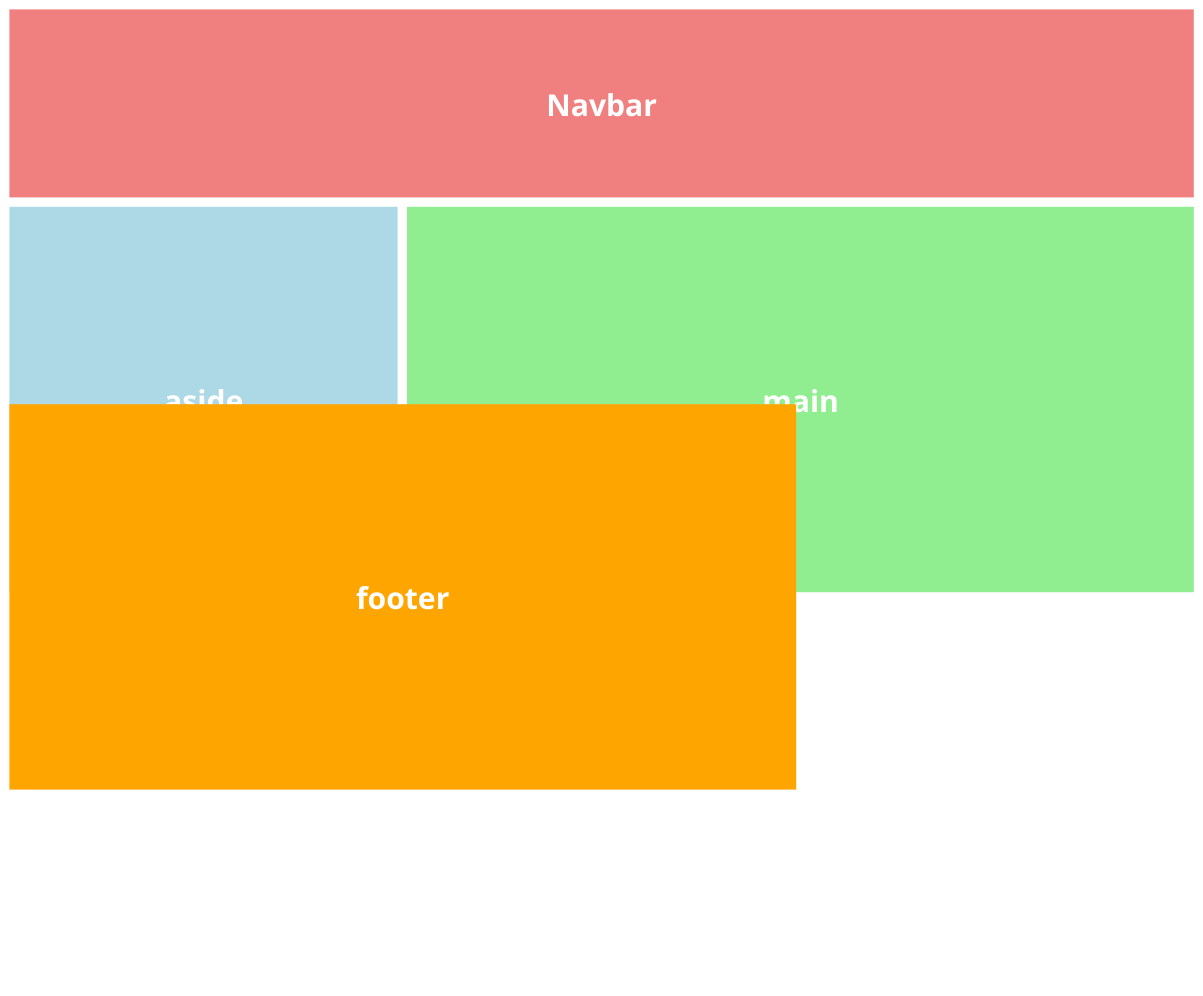
Repository: anjalipatel-dev/web-dev-learning-journey
Page: 05_hands_on_grid/index.html
These files come from the project's save history. The page is drawn as it stood at one moment and after the next save; the edit follows.
The browser window is 1280 px wide. The pictures show the whole page, at 94% of full size.

Above is the page before, as saved 2025-10-11 08:51:36.

After the next save:
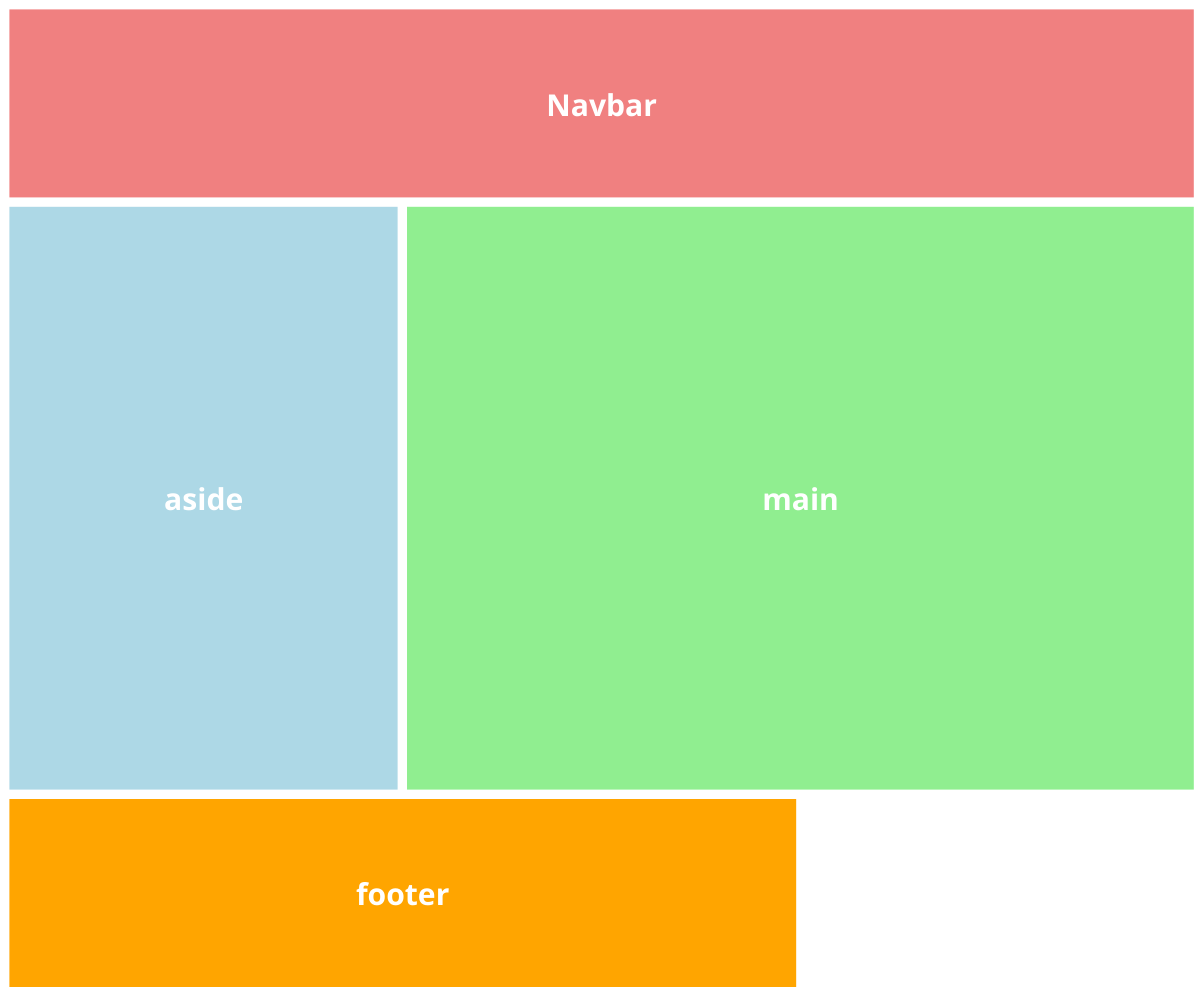
Saved 70 s later.
--- a/05_hands_on_grid/styles.css
+++ b/05_hands_on_grid/styles.css
@@ -23,7 +23,7 @@
     font-weight : bold;}
 .item2{
     grid-column : 1 / 2;
-    grid-row : 2 / 4;
+    grid-row : 2 / 5;
     background-color : lightblue;
     display : flex;
     justify-content : center;
@@ -34,7 +34,7 @@
 }
 .item3{
     grid-column : 2 / 4;
-    grid-row : 2 / 4;
+    grid-row : 2 / 5;
     background-color : lightgreen;
     display : flex;
     justify-content : center;
@@ -45,7 +45,7 @@
 }
 .item4{
     grid-column : 1 / 3;
-    grid-row : 3 / 5;
+    grid-row : 5 / 6;
     background-color : orange;
     display : flex;
     justify-content : center;
